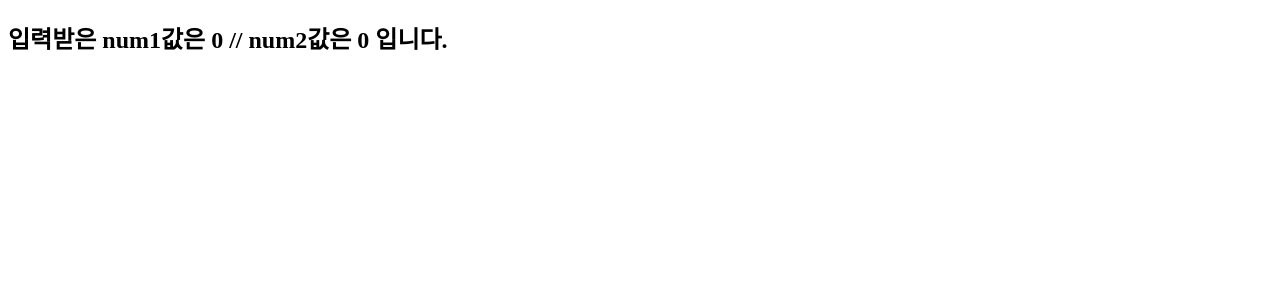
Repository: redi961/JSP_Studying
Page: http://localhost/MustHaveJSP/Calc.jsp
An editor plug-in stored every save of this project. The page is shown before and after the next save, followed by the edit.
The browser window is 1280 px wide. The pictures show the whole page.
The page is served by Tomcat 9.

Above is the page before, as saved 2022-10-06 03:49:33.

After the next save:
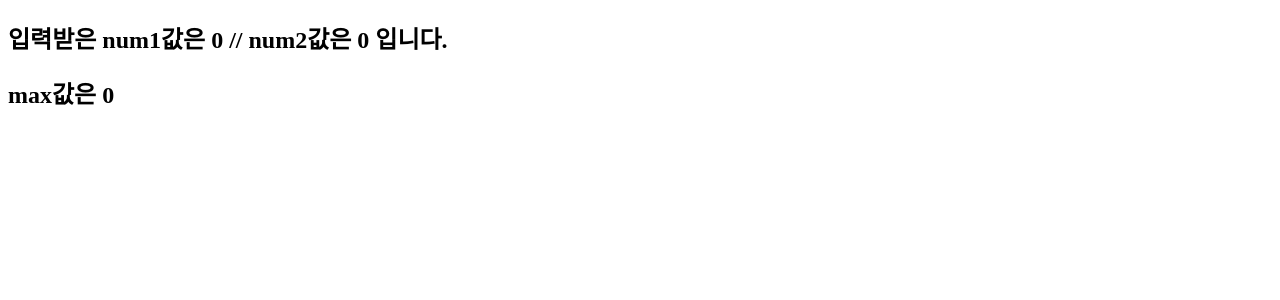
Saved 16 s later.
--- a/MustHaveJSP/src/main/webapp/Calc.jsp
+++ b/MustHaveJSP/src/main/webapp/Calc.jsp
@@ -31,7 +31,7 @@ if (num1 < num2) {
 <body>
 <!-- 주소 뒤 ? 변수= 변수입력을 통하여 변수 변경 가능 -->
 <h2>입력받은 num1값은 <%=num1%> // num2값은 <%=num2%> 입니다.</h2>
-<h2></h2>
+<h2>max값은 <%=max %></h2>
 
 </body>
 </html>
